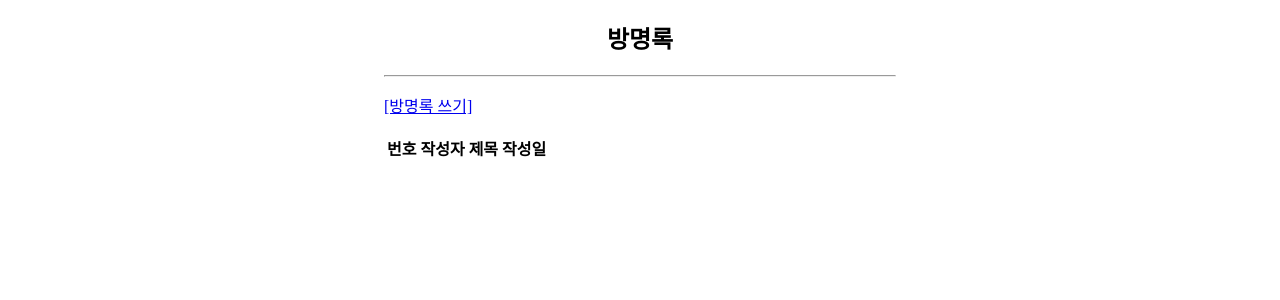
Repository: devnewbie-gt/60_web
Page: http://localhost/08_GuestBook/guestbook/list.jsp
An editor plug-in stored every save of this project. The page is shown before and after the next save, followed by the edit.
The browser window is 1280 px wide. The pictures show the whole page.
The page is served by Tomcat 9. Queries for data that is not in the repository find no rows.

Above is the page before, as saved 2021-01-31 14:31:33.

After the next save:
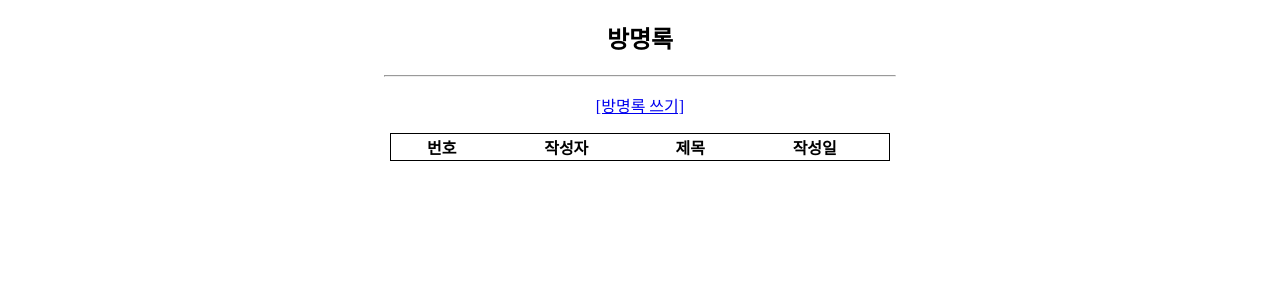
Saved 52 s later.
--- a/08_GuestBook/WebContent/guestbook/list.jsp
+++ b/08_GuestBook/WebContent/guestbook/list.jsp
@@ -20,6 +20,13 @@
 		margin: auto;
 	}
 	#container h2 { text-align: center; }
+	#container p { text-align: center; }
+	#container table {
+		width: 500px;
+		margin: 0 auto;
+		border: 1px solid black;
+		border-collapse: collapse;
+	}
 </style>
 </head>
 <body>
